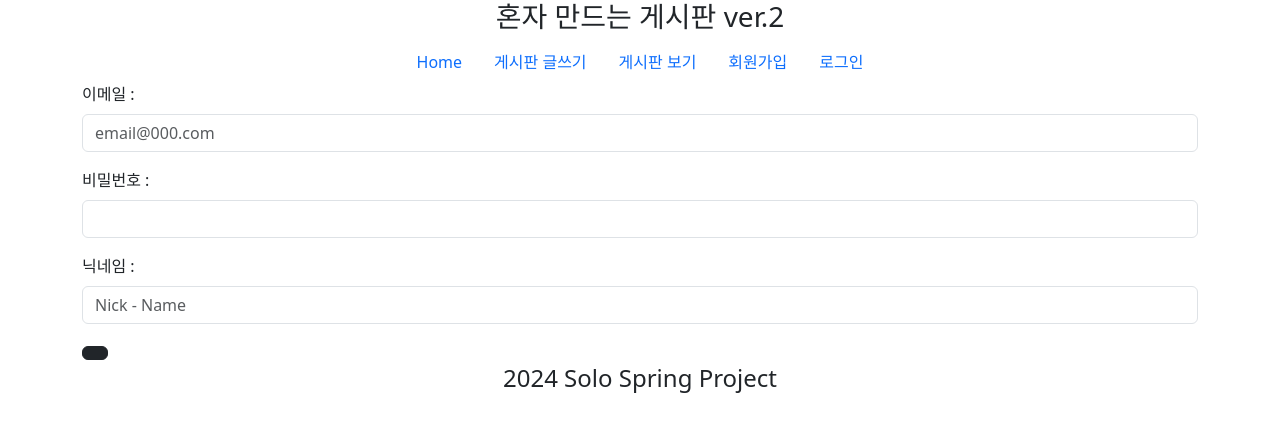
Repository: nefer2/Spring_test
Page: http://localhost/spring_test7/WEB-INF/views/member/register.jsp
An editor plug-in stored every save of this project. The page is shown before and after the next save, followed by the edit.
The browser window is 1280 px wide. The pictures show the whole page.
The page is served by Tomcat 9. Nobody is signed in. Other server files are loaded and not shown. The template is opened directly, without the code that normally fills it, so the values that code supplies are empty.

Above is the page before, as saved 2024-01-19 05:30:42.

### spring_test7/src/main/webapp/WEB-INF/views/member/register.jsp
<%@ page language="java" contentType="text/html; charset=UTF-8"
	pageEncoding="UTF-8"%>
<%@ taglib uri="http://java.sun.com/jsp/jstl/core" prefix="c"%>

<jsp:include page="../layout/header.jsp"></jsp:include>
<jsp:include page="../layout/navbar.jsp"></jsp:include>

<div class="container-md">


<form action="/member/register" method="post">
	<div class="mb-3">
		<label for="email" class="form-label">이메일 : </label>
		<input type="email" name="email" class="form-control" id="email" placeholder="email@000.com">
	</div>
	<div class="mb-3">
		<label for="password" class="form-label">비밀번호 :</label>
		<input type="password" name="pwd" class="form-control" id="pwd" >
	</div>
	<div class="mb-3">
		<label for="nickName" class="form-label">닉네임 : </label>
		<input type="text" name="nickName" class="form-control" id="nickName" placeholder="Nick - Name">
	</div>
<button type="submit" class="btn btn-dark" ></button>







</form>
</div>
<jsp:include page="../layout/footer.jsp"></jsp:include>

### spring_test7/src/main/webapp/WEB-INF/views/layout/header.jsp
<%@ page language="java" contentType="text/html; charset=UTF-8"
    pageEncoding="UTF-8"%>
<!DOCTYPE html>
<html>
<head>
<h3 style="text-align: center;">혼자 만드는 게시판 ver.2</h3>
</head>

### spring_test7/src/main/webapp/WEB-INF/views/layout/navbar.jsp
<%@ page language="java" contentType="text/html; charset=UTF-8"
    pageEncoding="UTF-8"%>


<script src="https://cdn.jsdelivr.net/npm/bootstrap@5.3.1/dist/js/bootstrap.bundle.min.js" integrity="sha384-HwwvtgBNo3bZJJLYd8oVXjrBZt8cqVSpeBNS5n7C8IVInixGAoxmnlMuBnhbgrkm" crossorigin="anonymous"></script>
<link href="https://cdn.jsdelivr.net/npm/bootstrap@5.3.1/dist/css/bootstrap.min.css" rel="stylesheet" integrity="sha384-4bw+/aepP/YC94hEpVNVgiZdgIC5+VKNBQNGCHeKRQN+PtmoHDEXuppvnDJzQIu9" crossorigin="anonymous">


<ul class="nav justify-content-center">

  <li class="nav-item">
    <a class="nav-link active" aria-current="page" href="/">Home</a>
  </li>
  <li class="nav-item">
    <a class="nav-link" href="/board/register">게시판 글쓰기</a>
  </li>
  <li class="nav-item">
    <a class="nav-link" href="/board/list">게시판 보기</a>
  </li>
    <li class="nav-item">
    <a class="nav-link" href="#">회원가입</a>
  </li>
    <li class="nav-item">
    <a class="nav-link" href="#">로그인</a>
  </li>
</ul>

### spring_test7/src/main/webapp/WEB-INF/views/layout/footer.jsp
<%@ page language="java" contentType="text/html; charset=UTF-8"
    pageEncoding="UTF-8"%>




<div><h4 style="text-align: center;">2024 Solo Spring Project</h4></div>

</body>
</html>

After the next save:
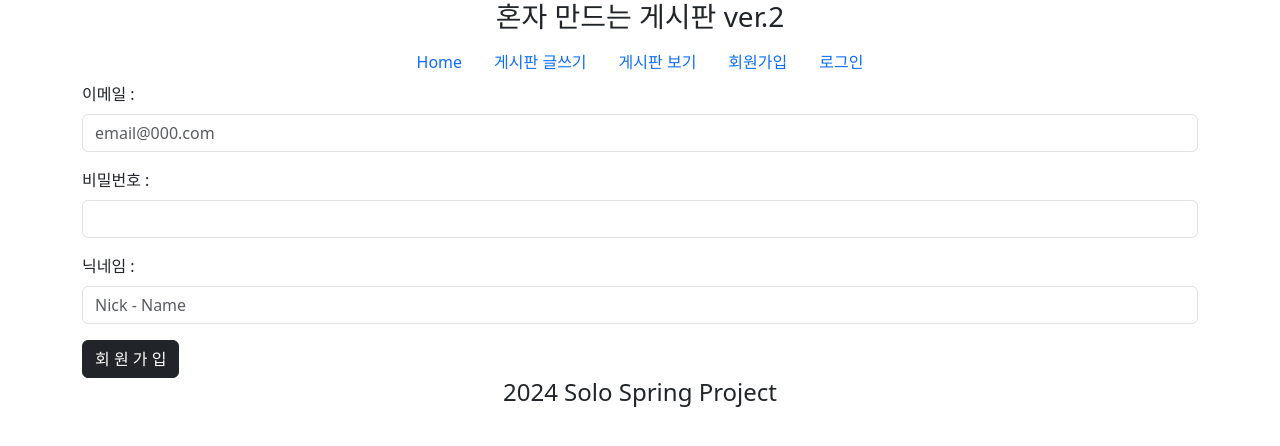
Saved 4 s later.
--- a/spring_test7/src/main/webapp/WEB-INF/views/member/register.jsp
+++ b/spring_test7/src/main/webapp/WEB-INF/views/member/register.jsp
@@ -21,7 +21,7 @@
 		<label for="nickName" class="form-label">닉네임 : </label>
 		<input type="text" name="nickName" class="form-control" id="nickName" placeholder="Nick - Name">
 	</div>
-<button type="submit" class="btn btn-dark" ></button>
+<button type="submit" class="btn btn-dark" >회 원 가 입</button>
 
 
 
